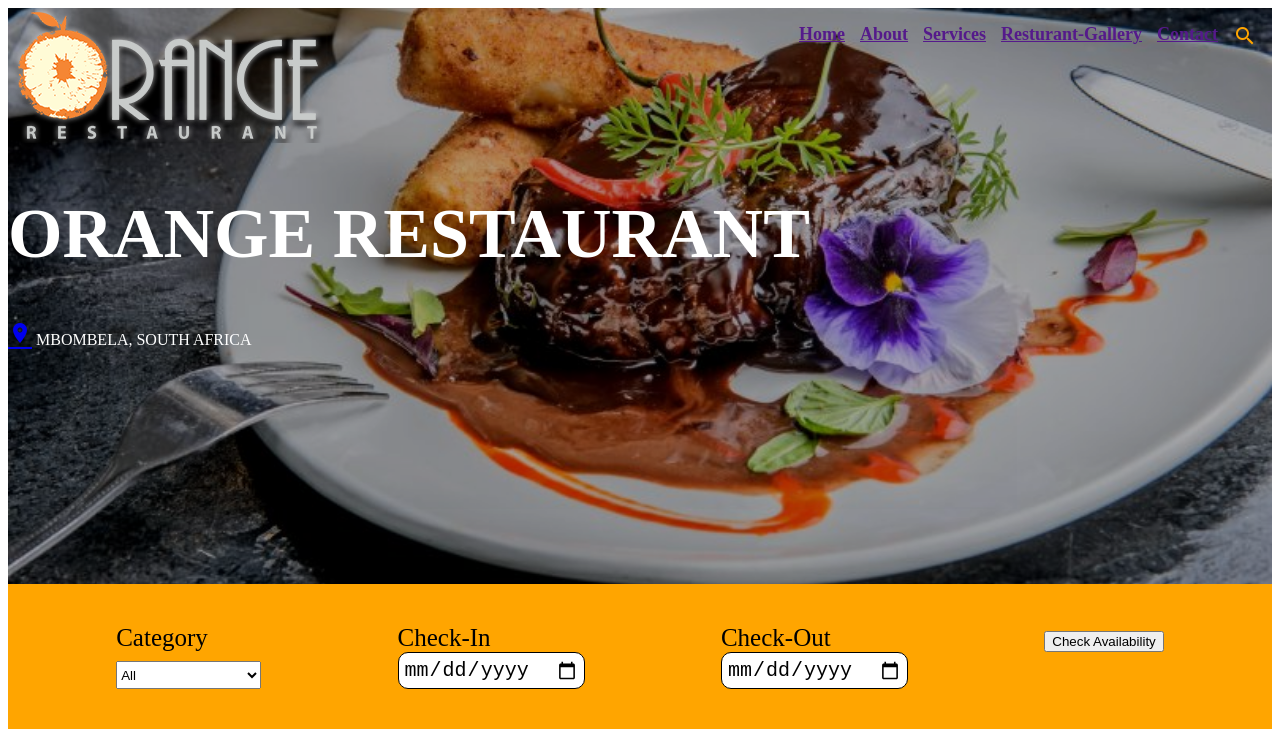
Repository: KaraboM20/KaraboUpdatedProjectOrang-Rest
Page: index.html
These files come from the project's save history. The page is drawn as it stood at one moment and after the next save; the edit follows.
The browser window is 1280 px wide. The pictures show the whole page.

Above is the page before, as saved 2024-11-21 16:11:03.

After the next save:
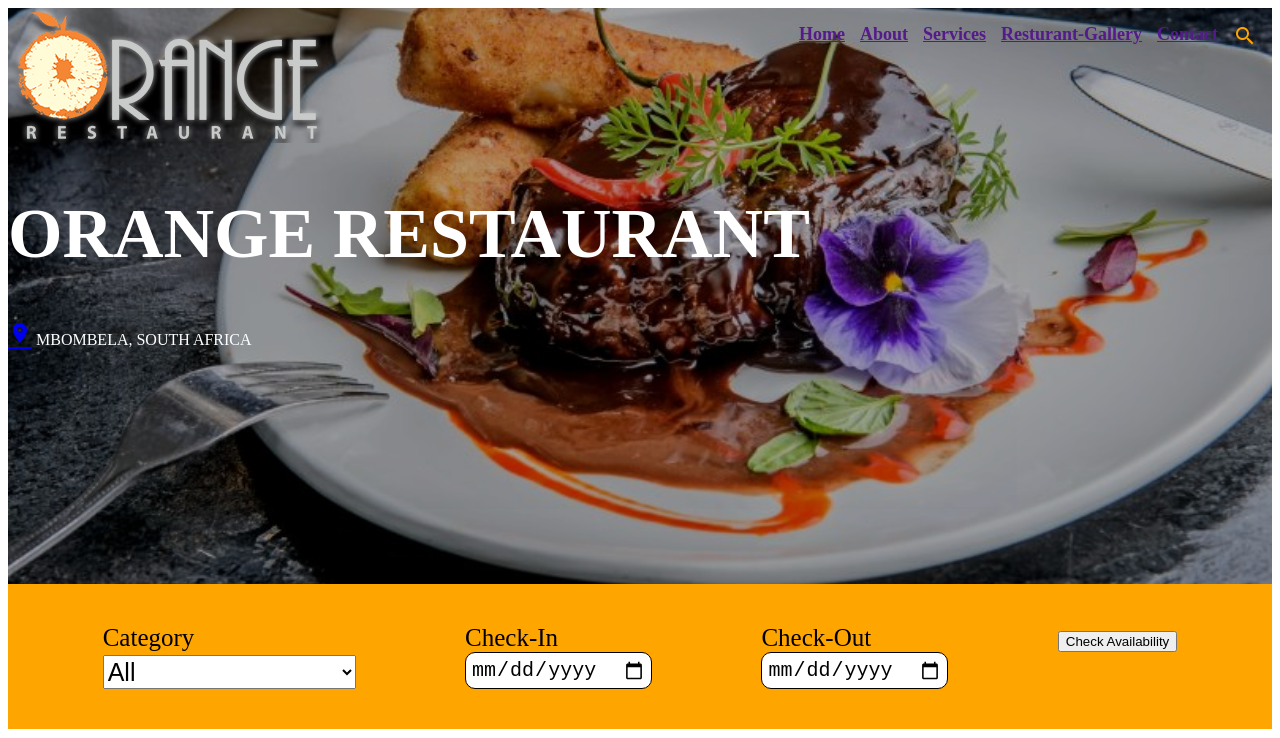
Saved 12 s later.
--- a/style.css
+++ b/style.css
@@ -84,7 +84,7 @@ h1 {
     display: grid;
 }
 
-#categore-select {
+#category-select {
     font-size: 25px;
 }
 
